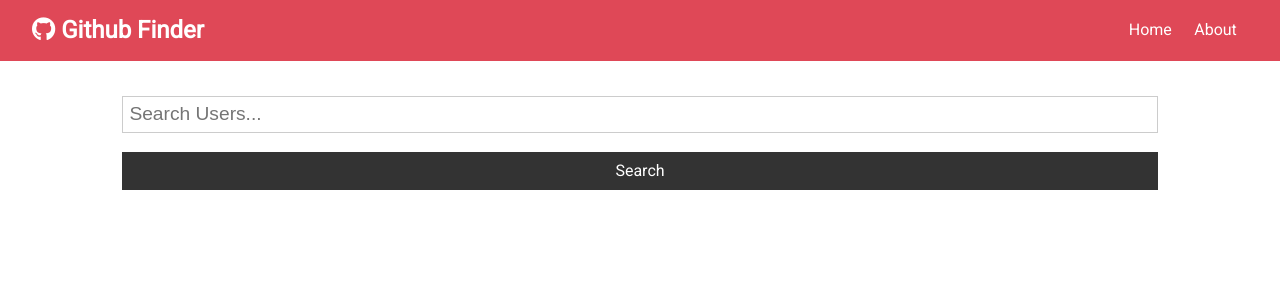
Repository: bafode/github-finder
Page: /
These files come from the project's save history. The page is drawn as it stood at one moment and after the next save; the edit follows.
The browser window is 1280 px wide. The pictures show the whole page.
Some web libraries are served in a nearby version. The project was rebuilt for these pictures with package versions that can differ from the ones it lists, and the page was loaded fresh each time. Also part of the build but not shown: src/components/users/UserItem.js, src/components/layout/Spinner.js, src/components/pages/About.js, src/components/repos/RepoItem.js, src/components/repos/Repos.js, src/components/users/User.js.

Above is the page before, as saved 2023-06-17 03:01:53.

### public/index.html
<!DOCTYPE html>
<html lang="en">
  <head>
    <meta charset="utf-8" />
    <link rel="shortcut icon" href="%PUBLIC_URL%/favicon.ico" />
    <meta name="viewport" content="width=device-width, initial-scale=1" />
    <meta name="theme-color" content="#000000" />
    <link rel="manifest" href="%PUBLIC_URL%/manifest.json" />
    <link
      rel="stylesheet"
      href="https://use.fontawesome.com/releases/v5.8.2/css/all.css"
      integrity="sha384-oS3vJWv+0UjzBfQzYUhtDYW+Pj2yciDJxpsK1OYPAYjqT085Qq/1cq5FLXAZQ7Ay"
      crossorigin="anonymous"
    />

    <title>Github Finder</title>
  </head>
  <body>
    <noscript>You need to enable JavaScript to run this app.</noscript>
    <div id="root"></div>
  </body>
</html>

### src/App.js
import React, { Component,Fragment } from 'react';
import axios from 'axios';
import {BrowserRouter as Router,Route,Routes} from 'react-router-dom'
import './App.css';
import Navbar from './components/layout/Navbar'
import Users from './components/users/Users'
import Search from './components/users/Search'
import Alert from './components/layout/Alert'
import About from './components/pages/About'
import User from './components/users/User'

class App extends Component {
  state = {
    loading: false,
    users: [],
    user:{},
    alert: null,
    repos:[]
  }

  searchUsers =async text => {
    this.setState({ loading: true });
    const res = await axios.get(`https://api.github.com/search/users?q=${text}&client_id=${process.env.REACT_APP_GITHUB_CLIENT_ID}&client_secret=${process.env.REACT_APP_GITHUB_CLIENT_SECRET}`)
    this.setState({users:res.data.items,loading:false})
  }

  clearUsers =async text => {

    this.setState({users:[],loading:false})
  }

  //set Alert
  setAlert=(msg, type)=>{
    this.setState({ alert: { msg, type } })

    setTimeout(()=>this.setState({alert:null}),5000)
  }

  //search for github single user
  getUser =async username => {
    this.setState({ loading: true });
    const res = await axios.get(`https://api.github.com/users/${username}?client_id=${process.env.REACT_APP_GITHUB_CLIENT_ID}&client_secret=${process.env.REACT_APP_GITHUB_CLIENT_SECRET}`)
    this.setState({user:res.data,loading:false})
  }

    //get user Repos
    getUserRepos =async username => {
      this.setState({ loading: true });
      const res = await axios.get(`https://api.github.com/users/${username}/repos?per_page=5&sort=created:asc&client_id=${process.env.REACT_APP_GITHUB_CLIENT_ID}&client_secret=${process.env.REACT_APP_GITHUB_CLIENT_SECRET}`)
      this.setState({repos:res.data,loading:false})
    }

  render() {
    const { loading, users,user,repos} = this.state
    return (
      <Router>
        <div className="App">
        <Navbar />
        <div className="container">
          <Alert alert={this.state.alert} />
            <Routes>
              <Route exact path='/' element={
                <>
                  <Fragment>
                  <Search searchUsers={this.searchUsers}
                     clearUsers={this.clearUsers}
                     showClear={this.state.users.length > 0 ? true : false}
                     setAlert={this.setAlert}
                   />
                   <Users loading={loading} users={users}/>
                </Fragment>
                </>
              } />
              <Route exact path='/about' element={<About />} />
              <Route exact path='/user/:login' element={
                <>
                  <User loading={loading} user={user} getUser={this.getUser} getUserRepos={this.getUserRepos} repos={repos}/>
                </>
              } />
           </Routes>
        </div>
      </div>
      </Router>
    );
  }
}

export default App;

### src/components/layout/Navbar.js
import React from 'react'
import PropTypes from 'prop-types'
import{Link} from 'react-router-dom'

const Navbar=({icon,title})=> {
    return (
        <nav className='navbar bg-primary'>
            <h1>
                <i className={icon}></i> {title}
            </h1>
            <ul>
                <li>
                    <Link to='/'>Home</Link>
                </li>
                <li>
                    <Link to='/about'>About</Link>
                </li>
            </ul>
      </nav>
    )

}

Navbar.defaultProps = {
    title: 'Github Finder',
    icon:'fab fa-github'
}

Navbar.propTypes = {
    title: PropTypes.string.isRequired,
    icon:PropTypes.string.isRequired
}

export default Navbar

### src/components/users/Users.js
import React from 'react'
import UserItem from './UserItem'
import PropTypes from 'prop-types'
import Spinner from '../layout/Spinner'
const  Users=({users,loading})=>{

    if (loading) {
        return <Spinner/>
    } else {
        return (
            <div style={userStyle}>
                {users?.map((user) => (
                    <UserItem key={user.id} user={user}/>
                ))}
          </div>
        )
    }

  }


const userStyle = {
    display: 'grid',
    gridTemplateColumns: 'repeat(3,1fr)',
    gridGap:'1rem'
}
Users.propTypes = {
    loading: PropTypes.bool.isRequired,
    users:PropTypes.array.isRequired,
}
export default Users

### src/components/users/Search.js
import React, { useState } from 'react'
import PropTypes from 'prop-types'
const Search = ({showClear,clearUsers,setAlert,searchUsers}) => {
    const [text,setText]=useState("")



    const onSubmit=(e)=> {
        e.preventDefault();
        if (text === '') {
            setAlert('Please enter something', 'light')
        } else {
            searchUsers(text)
             setText('')
        }
    }
    const onChange = (e) => {
        setText(e.target.value)
    }

    return (
        <div>
            <form onSubmit={onSubmit} className="from">
                <input type="text" name="text" placeholder='Search Users...' value={text} onChange={onChange} />
                <input type="submit" value="Search" className='btn btn-dark btn-block' />
            </form>
            {showClear&&<button className="btn btn-light btn-block" onClick={clearUsers}>Clear</button>}
      </div>
    )
  }


Search.propTypes = {
    searchUsers: PropTypes.func.isRequired,
    clearUsers: PropTypes.func.isRequired,
    showClear:PropTypes.bool.isRequired,
}

export default Search

### src/components/layout/Alert.js
import React from 'react'

const Alert=({alert})=> {
  return alert!==null&&(
    <div className={`alert alert-${alert.type}`}>
        <i className="fas fa-info-circle"/> {alert.msg}
    </div>
  )
}

export default Alert

Loaded but not shown: src/index.js (common file); src/App.css (common file)

After the next save:
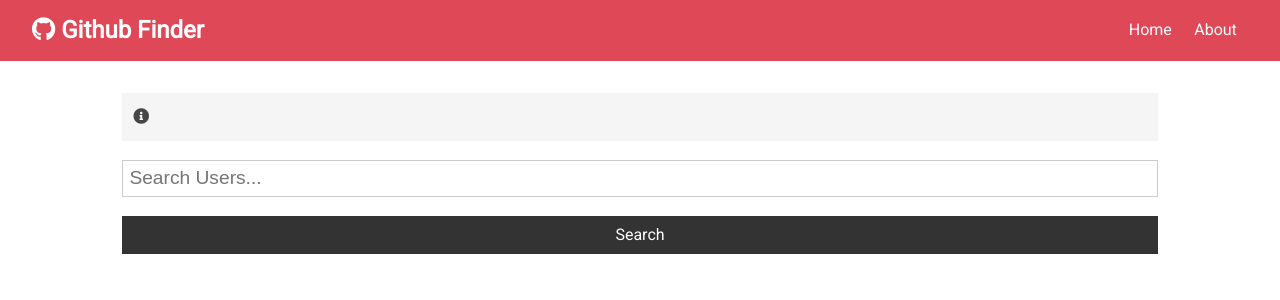
Saved 19 min 20 s later.
--- a/src/App.js
+++ b/src/App.js
@@ -1,4 +1,4 @@
-import React, { Component,Fragment } from 'react';
+import React, { Component,Fragment,useState } from 'react';
 import axios from 'axios';
 import {BrowserRouter as Router,Route,Routes} from 'react-router-dom'
 import './App.css';
@@ -9,63 +9,65 @@ import Alert from './components/layout/Alert'
 import About from './components/pages/About'
 import User from './components/users/User'
 
-class App extends Component {
-  state = {
-    loading: false,
-    users: [],
-    user:{},
-    alert: null,
-    repos:[]
+const App=()=> {
+  const [users, setUsers] = useState([])
+  const [repos, setRepos] = useState([])
+  const [loading, setLoading] = useState(false)
+  const [user, setUser] = useState({})
+  const [alert,setAlert]=useState([])
+
+
+
+
+  const searchUsers =async text => {
+    setLoading(true)
+    const res = await axios.get(`https://api.github.com/search/users?q=${text}&client_id=${process.env.REACT_APP_GITHUB_CLIENT_ID}&client_secret=${process.env.REACT_APP_GITHUB_CLIENT_SECRET}`)
+    setUsers(res.data.items)
+    setLoading(false)
   }
 
-  searchUsers =async text => {
-    this.setState({ loading: true });
-    const res = await axios.get(`https://api.github.com/search/users?q=${text}&client_id=${process.env.REACT_APP_GITHUB_CLIENT_ID}&client_secret=${process.env.REACT_APP_GITHUB_CLIENT_SECRET}`)
-    this.setState({users:res.data.items,loading:false})
-  }
-
-  clearUsers =async text => {
-
-    this.setState({users:[],loading:false})
+  const clearUsers =async text => {
+    setUsers([])
+    setLoading(false)
   }
 
   //set Alert
-  setAlert=(msg, type)=>{
-    this.setState({ alert: { msg, type } })
+   const showAlert=(msg, type)=>{
+    this.setState( { msg, type })
 
-    setTimeout(()=>this.setState({alert:null}),5000)
+    setTimeout(()=>setAlert(null),5000)
   }
 
   //search for github single user
-  getUser =async username => {
-    this.setState({ loading: true });
+  const getUser =async username => {
+    setLoading(true)
     const res = await axios.get(`https://api.github.com/users/${username}?client_id=${process.env.REACT_APP_GITHUB_CLIENT_ID}&client_secret=${process.env.REACT_APP_GITHUB_CLIENT_SECRET}`)
-    this.setState({user:res.data,loading:false})
+    setUser(res.data)
+    setLoading(false)
   }
 
     //get user Repos
-    getUserRepos =async username => {
-      this.setState({ loading: true });
+   const getUserRepos =async username => {
+      setLoading(true)
       const res = await axios.get(`https://api.github.com/users/${username}/repos?per_page=5&sort=created:asc&client_id=${process.env.REACT_APP_GITHUB_CLIENT_ID}&client_secret=${process.env.REACT_APP_GITHUB_CLIENT_SECRET}`)
-      this.setState({repos:res.data,loading:false})
+      setRepos(res.data)
+      setLoading(false)
     }
 
-  render() {
-    const { loading, users,user,repos} = this.state
     return (
       <Router>
         <div className="App">
         <Navbar />
         <div className="container">
-          <Alert alert={this.state.alert} />
+          <Alert alert={alert} />
             <Routes>
               <Route exact path='/' element={
                 <>
                   <Fragment>
-                  <Search searchUsers={this.searchUsers}
-                     clearUsers={this.clearUsers}
-                     showClear={this.state.users.length > 0 ? true : false}
-                     setAlert={this.setAlert}
+                  <Search searchUsers={searchUsers}
+                     clearUsers={clearUsers}
+                     showClear={users.length > 0 ? true : false}
+                     setAlert={showAlert}
                    />
                    <Users loading={loading} users={users}/>
                 </Fragment>
@@ -74,7 +76,7 @@ class App extends Component {
               <Route exact path='/about' element={<About />} />
               <Route exact path='/user/:login' element={
                 <>
-                  <User loading={loading} user={user} getUser={this.getUser} getUserRepos={this.getUserRepos} repos={repos}/>
+                  <User loading={loading} user={user} getUser={getUser} getUserRepos={getUserRepos} repos={repos}/>
                 </>
               } />
            </Routes>
@@ -83,6 +85,5 @@ class App extends Component {
       </Router>
     );
   }
-}
 
 export default App;
